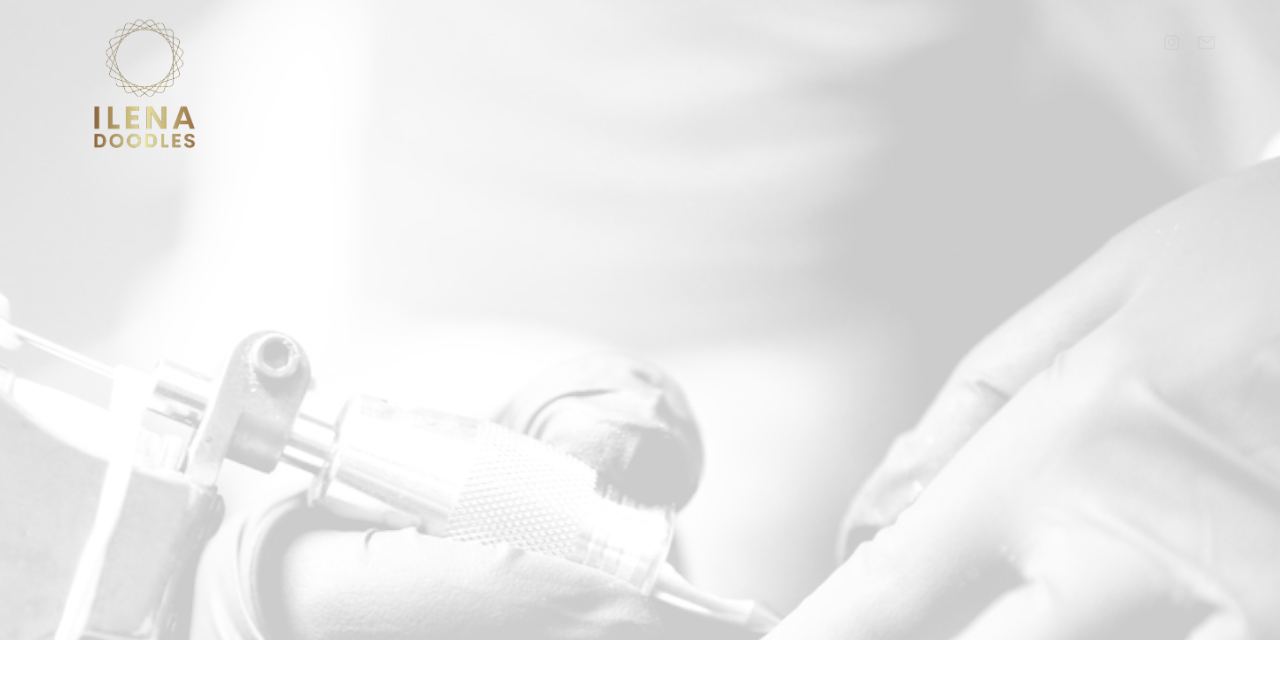
Repository: Leoka2000/Ilena
Page: /
An editor plug-in stored every save of this project. The page is shown before and after the next save, followed by the edit.
The browser window is 1280 px wide. The pictures show the whole page.
Some web fonts or font styles are not loaded; a fallback is used. The project was rebuilt for these pictures with package versions that can differ from the ones it lists, and the page was loaded fresh each time. Also part of the build but not shown: src/App.css.

Above is the page before, as saved 2023-03-02 09:47:36.

### public/index.html
<!DOCTYPE html>
<html lang="en">
  <head>
    <meta charset="utf-8" />
    <link rel="icon" href="%PUBLIC_URL%/favicon.ico" />
    <meta name="viewport" content="width=device-width, initial-scale=1" />
    <meta name="theme-color" content="#000000" />
    <meta
      name="description"
      content="Web site created using create-react-app"
    />
    <link rel="apple-touch-icon" href="%PUBLIC_URL%/logo192.png" />
    <!--
      manifest.json provides metadata used when your web app is installed on a
      user's mobile device or desktop. See https://developers.google.com/web/fundamentals/web-app-manifest/
    -->
    <!-- FONT MULISH -->
    <link rel="preconnect" href="https://fonts.googleapis.com">
<link rel="preconnect" href="https://fonts.gstatic.com" crossorigin>
<link href="https://fonts.googleapis.com/css2?family=Fira+Sans+Extra+Condensed:wght@300&family=Inter:wght@300;400;500;600;700&family=Roboto+Condensed:wght@300&family=Roboto+Slab:wght@400;500;600&display=swap" rel="stylesheet">
    <!-- FONT MULISH -->
    <link rel="manifest" href="%PUBLIC_URL%/manifest.json" />
    <!--
      Notice the use of %PUBLIC_URL% in the tags above.
      It will be replaced with the URL of the `public` folder during the build.
      Only files inside the `public` folder can be referenced from the HTML.

      Unlike "/favicon.ico" or "favicon.ico", "%PUBLIC_URL%/favicon.ico" will
      work correctly both with client-side routing and a non-root public URL.
      Learn how to configure a non-root public URL by running `npm run build`.
    -->
    <title>React App</title>
  </head>
  <body>
    <noscript>You need to enable JavaScript to run this app.</noscript>
    <div id="root"></div>
    <!--
      This HTML file is a template.
      If you open it directly in the browser, you will see an empty page.

      You can add webfonts, meta tags, or analytics to this file.
      The build step will place the bundled scripts into the <body> tag.

      To begin the development, run `npm start` or `yarn start`.
      To create a production bundle, use `npm run build` or `yarn build`.
    -->
  </body>
</html>

### src/App.js
import Home from './pages/home/home'
import './App.css';
import Navbar from './components/navbar';

function App() {
  return (
    <>
      <Navbar/>
    <Home/>
    </>
  );
}

export default App;

### src/pages/home/home.js
import React from 'react'
import Hero from '../hero/hero'


const home = () => {
  return (
    <>
      <Hero/>
    </>
  )
}

export default home

### src/components/navbar.jsx
import React, { useRef, useState } from 'react'
import './navbar.css'
import { AiOutlineInstagram } from 'react-icons/ai'
import { AiOutlineMail } from 'react-icons/ai'
import Logo from '../assets/brand/logo.png'
import { FaBars } from 'react-icons/fa'
import { FaTimes } from 'react-icons/fa'
import { Link } from 'react-scroll'

const Navbar = () => {
  const navRef = useRef();

  const showNavbar = () => {
    navRef.current.classList.toggle("responsive_nav");
  };

  return (
    <div className='navbar-renderer'>
      <nav ref={navRef}>
        <img src={Logo} />
        <ul>
          <li><Link onClick={showNavbar} spy={true} smooth={true} offset={100} duration={500}>ABOUT</Link></li>
          <li><Link onClick={showNavbar} spy={true} smooth={true} offset={100} duration={500}>WORK</Link></li>
          <li><Link onClick={showNavbar} spy={true} smooth={true} offset={100} duration={500}>PORTOLIO</Link></li>
          <li><Link onClick={showNavbar} spy={true} smooth={true} offset={100} duration={500}>CONTACT</Link></li>
        </ul>
        <div className='navbar-icons-wrapper'>
          <a><AiOutlineInstagram /></a>
          <a><AiOutlineMail /></a>
        </div>
        <button
          className="close"
          onClick={showNavbar}>
          <FaTimes />
        </button>
      </nav>

      <button onClick={showNavbar} className='bars-button'>
        <FaBars className='bars' />
      </button>
    </div>
  )
}

export default Navbar

### src/pages/hero/hero.js
import React from 'react'
import './hero.css'

const hero = () => {
  return (
    <section className='hero-section'>

    </section>
  )
}

export default hero

### src/components/navbar.css
.navbar-renderer {
    display: flex;
    justify-content: center;
    position: fixed;
    width: 100%;
}
nav {
    display: flex;
    height: 85px;
background-color: transparent;
justify-content: space-between;
align-items: center;
width: 90%;
font-family: 'Fira Sans Extra Condensed', sans-serif;
font-family: 'Inter', sans-serif;
font-family: 'Roboto Condensed', sans-serif;
font-family: 'Roboto Slab', serif;

}
nav > img {
width: 10rem;
height: 10rem;
margin-top: 5rem;
}

nav > ul {
    display: flex;
    gap: 3rem;
    font-size: 1.2rem;
    color: white;
}
nav > ul > li:hover {
    color: rgb(133, 113, 0);
}
nav > ul > li {
   list-style: none;
   cursor: pointer;
   transition: 0.5s;

}
.navbar-icons-wrapper {
    display: flex;
    color: whitesmoke;
    font-size: 1.2rem;
    gap: 1rem;

}
.navbar-icons-wrapper > a > svg {
    transition: 0.4s;
}
.navbar-icons-wrapper > a > svg:hover {
    cursor: pointer;
    color: rgb(133, 113, 0);
}
.bars-button {
    position: fixed;
    right: 10rem;
    font-size: 2rem;
    background-color: transparent;
    outline: none;
    border: none;
    cursor: pointer;
    display: none;
}
.close {
    display: none;
}
@media only screen and (max-width: 1024px) {
    .bars-button {
        position: fixed;
        right: 1.5em;
        top: 1.5rem;
        font-size: 2rem;
        background-color: transparent;
        outline: none;
        border: none;
        cursor: pointer;
        display: flex;
    }
    .close {
        position: absolute;
		top: 1.5rem;
		right: 1.5rem;
        color: rgb(0, 0, 0);
        background: transparent;
	border: none;
	outline: none;
    display: flex;
    font-size: 1.7rem;
    cursor: pointer;
     }
    .responsive_nav{
		transform: none;
        display: flex;
        justify-content: flex-start;
		width: 100%;


	}
	nav {
        position: fixed;
		top: 0rem;
		left: 0rem;
		height: 100%;
		width: 100%;
		display: flex;
		flex-direction: column;
		align-items: center;
		justify-content: flex-start;
		gap: 2rem;
        text-align: center;
		padding-top: 5rem;
		transition: 0.8s;
		transform: translateY(-200vh);
        color: #677294;
		/* IMPORTANTE */
		background-color: rgb(206, 206, 206);
        z-index: 50;
	/* aqui que a magica acontece, esse é mt importante */
	}
}

### src/pages/hero/hero.css
.hero-section {
    padding: 20rem 0 20rem 0;
    background-image: url('../../assets/brand/hero-img.png');
    object-fit: contain;
    background-position: top;
    background-attachment: scroll;
    opacity: 0.2;
}

Loaded but not shown: src/index.js (common file); src/index.css (common file)

After the next save:
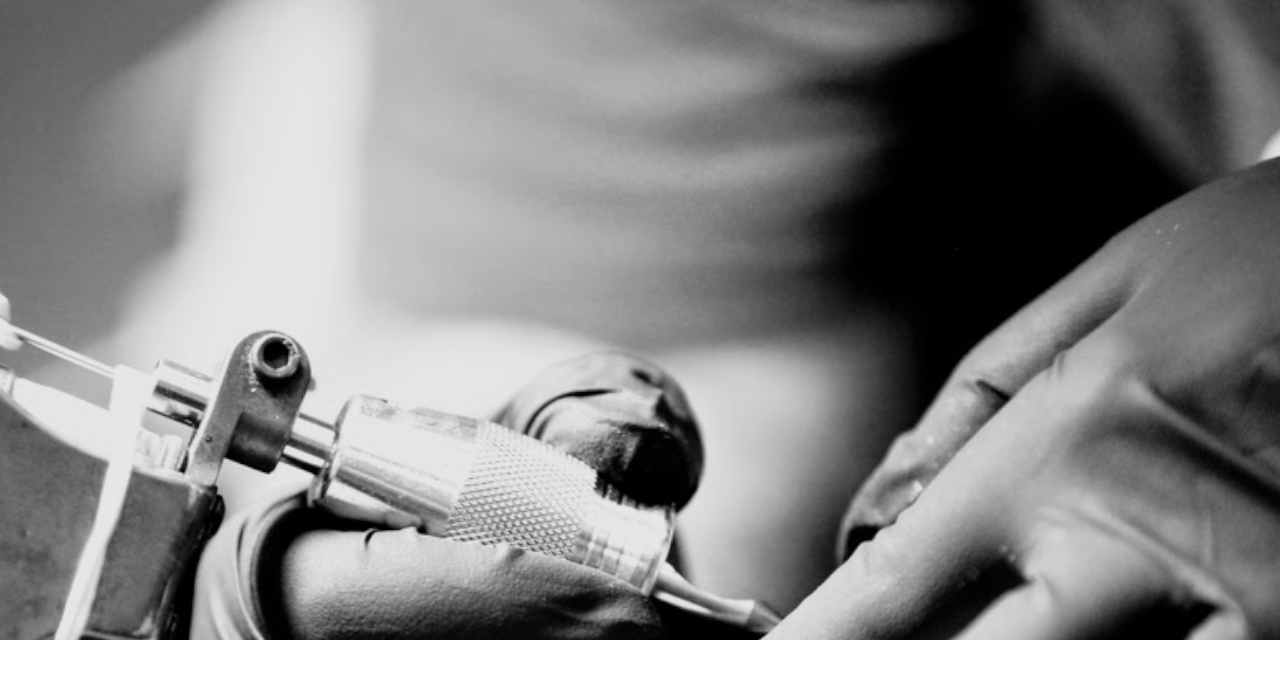
Saved 19 s later.
--- a/src/pages/hero/hero.css
+++ b/src/pages/hero/hero.css
@@ -4,5 +4,5 @@
     object-fit: contain;
     background-position: top;
     background-attachment: scroll;
-    opacity: 0.2;
+  filter: brightness(0.9);
 }
